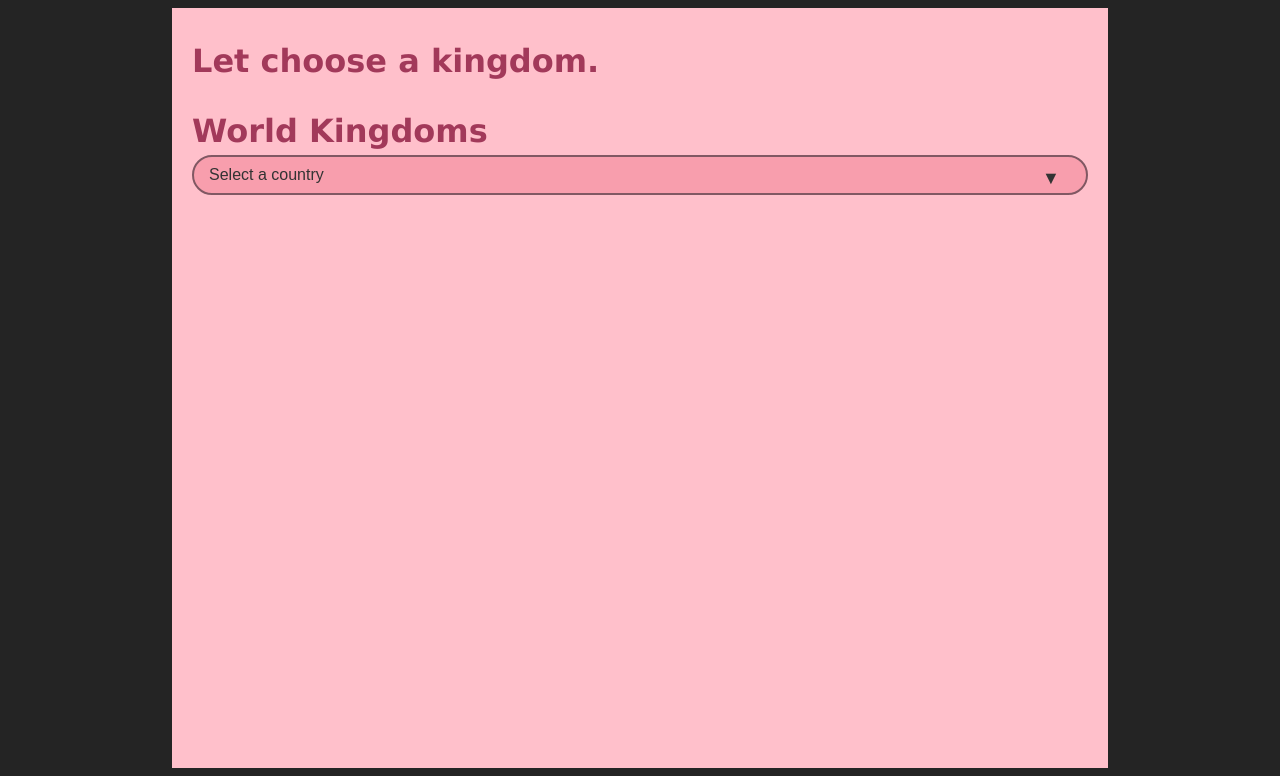
Repository: MonicaNguyenH/Lab-7_Frontend
Page: /countries
These files come from the project's save history. The page is drawn as it stood at one moment and after the next save; the edit follows.
The browser window is 1280 px wide. The pictures show the whole page.
The page's requests for data from a server got no answer. The project was rebuilt for these pictures with package versions that can differ from the ones it lists, and the page was loaded fresh each time. No one was signed in, and anything a server would have sent is missing. Also part of the build but not shown: vite.config.js, src/Details.jsx.

Above is the page before, as saved 2024-11-24 20:09:19.

After the next save:
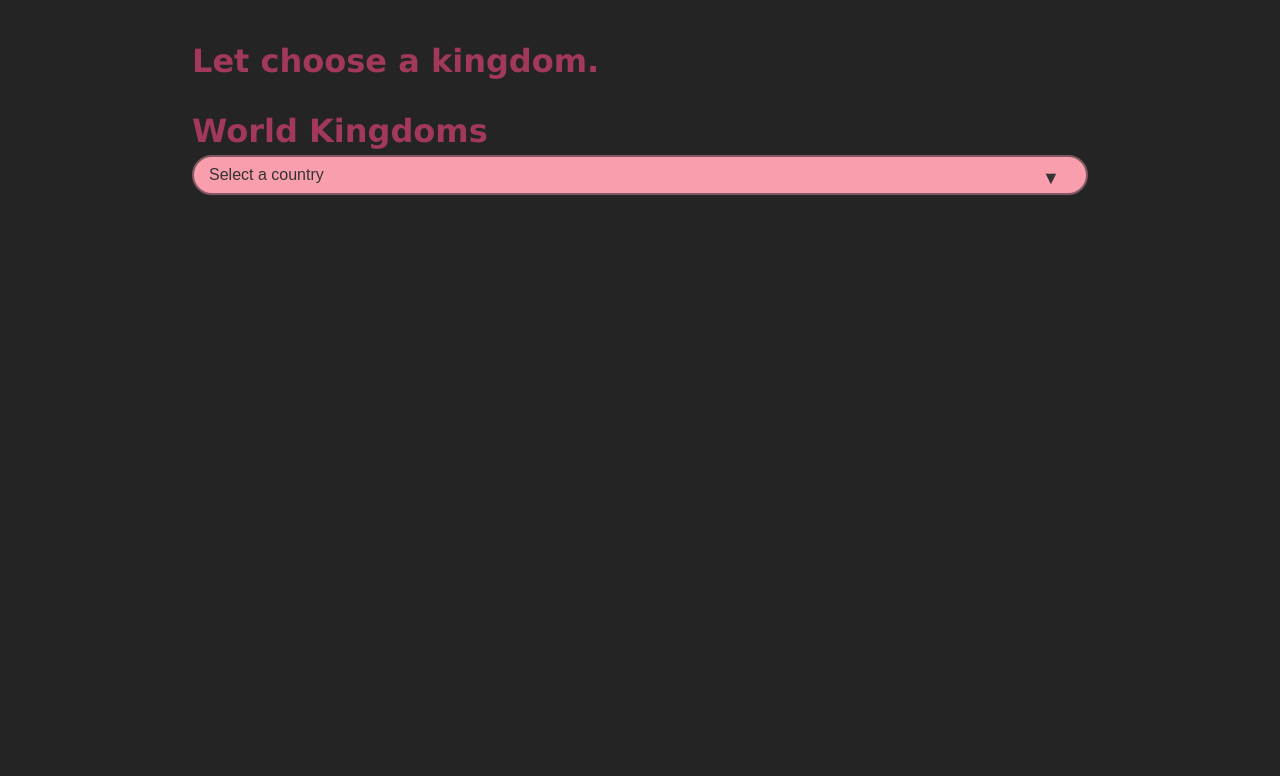
Saved 5 s later.
--- a/src/index.css
+++ b/src/index.css
@@ -33,7 +33,6 @@ h1 {
   width: 70vw;
   min-height: 100vh;
   margin: auto;
-  background-color: pink;
   display: flex;
   justify-content: center;
   flex-direction: column;
